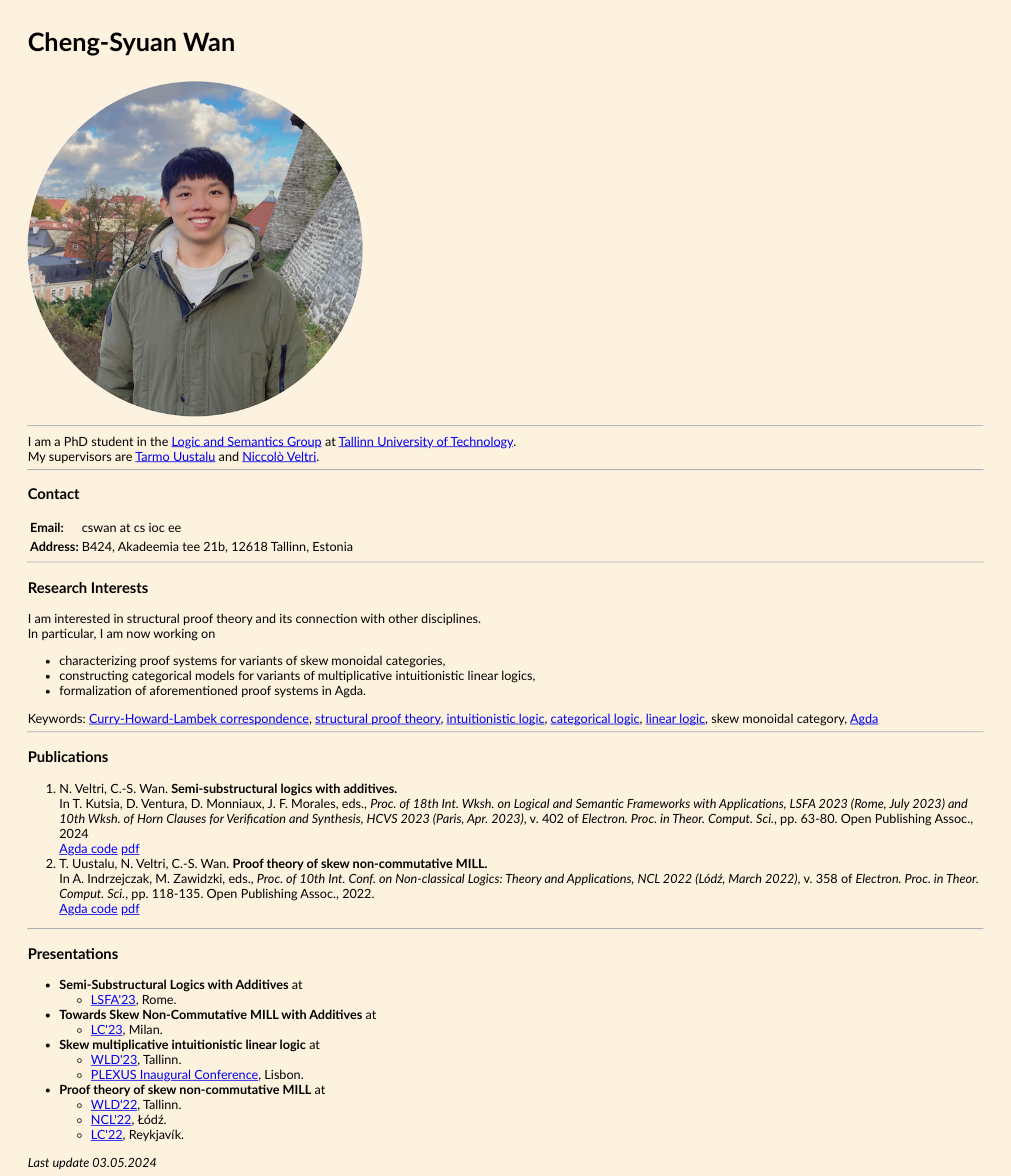
Repository: cswphilo/cswphilo.github.io
Page: index.html
These files come from the project's save history. The page is drawn as it stood at one moment and after the next save; the edit follows.
The browser window is 1280 px wide. The pictures show the whole page, at 79% of full size.

Above is the page before, as saved 2024-05-03 09:10:33.

After the next save:
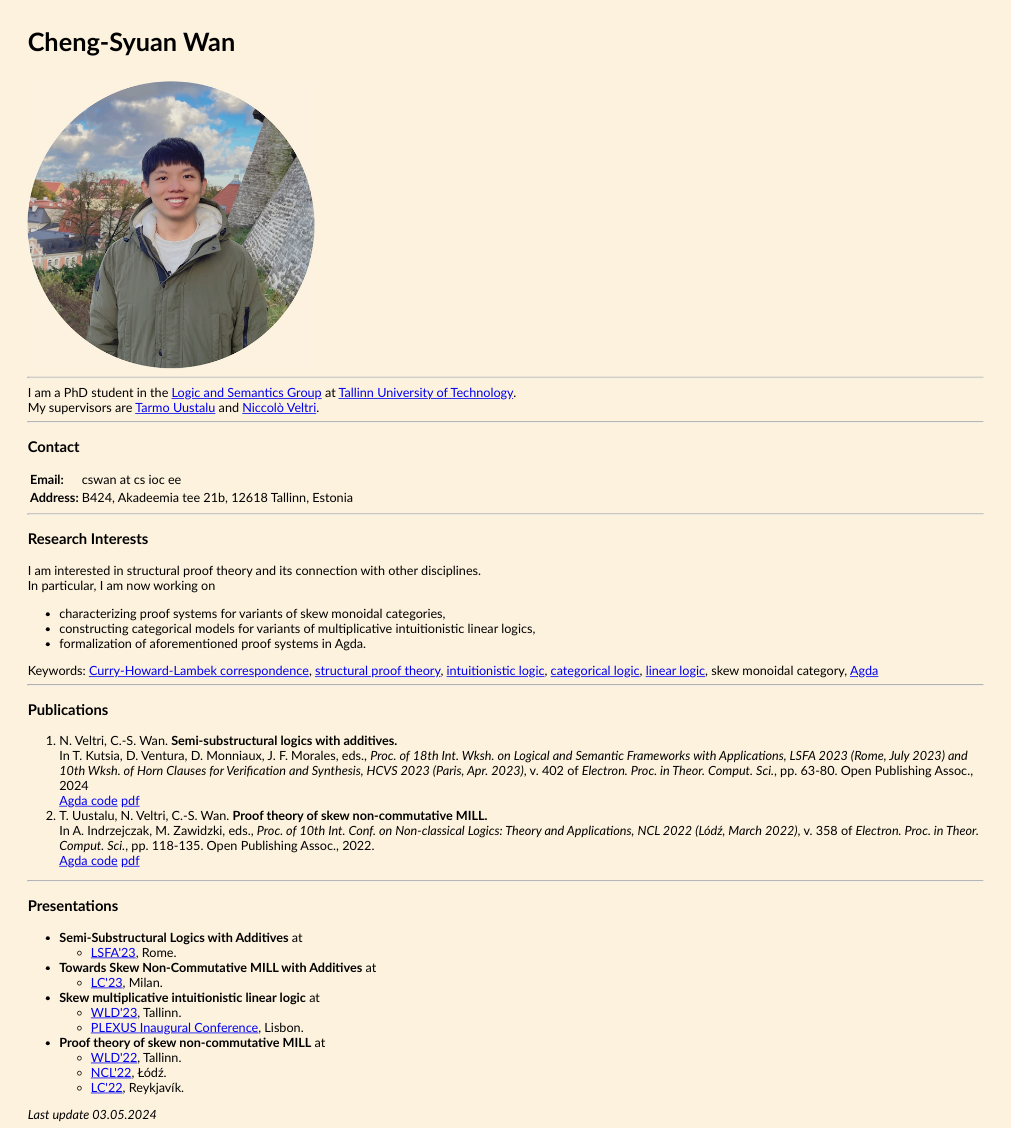
Saved 8 s later.
--- a/index.html
+++ b/index.html
@@ -20,7 +20,7 @@
 </head>
 <body>
     <div><h1><p>Cheng-Syuan Wan</p></h1>
-        <img src="avatar.PNG" style="width:35%;height:35%;">
+        <img src="avatar.PNG" style="width:30%;height:30%;">
     </div>
     <hr/>
     <div>
